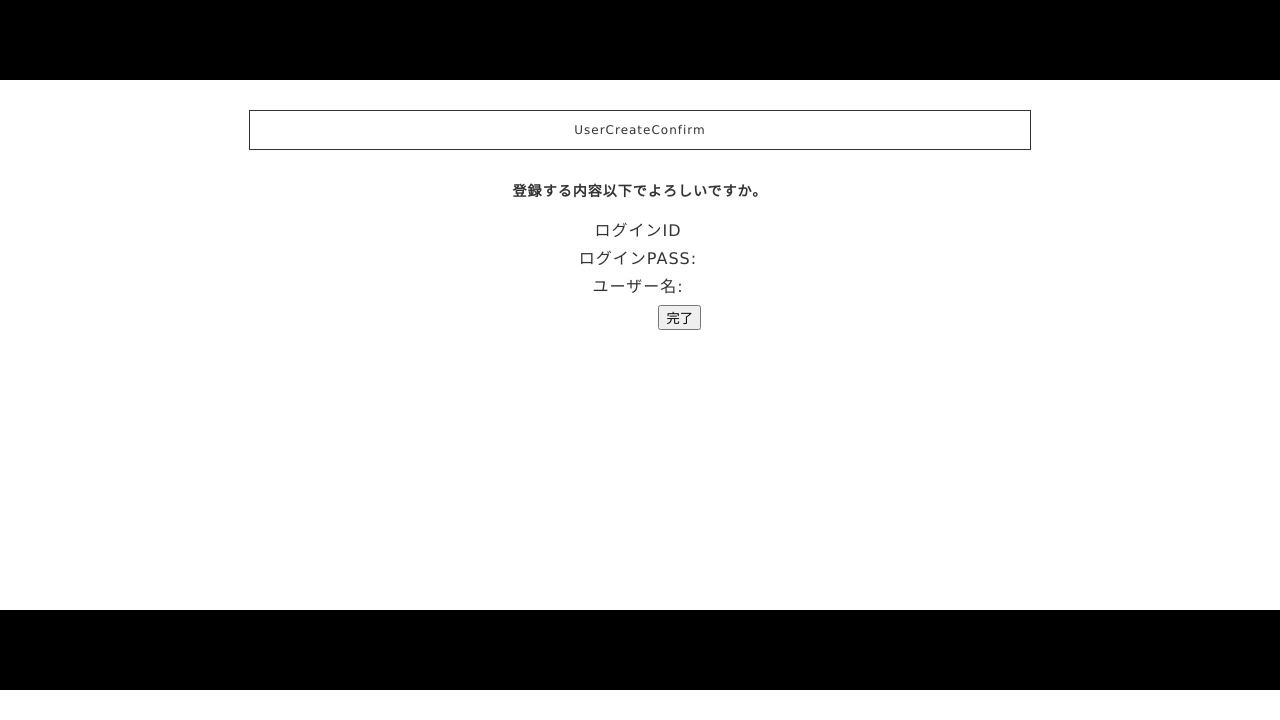
Repository: shimadaasato/test
Page: http://localhost/template/userCreateConfirm.jsp
These files come from the project's save history. The page is drawn as it stood at one moment and after the next save; the edit follows.
The browser window is 1280 px wide. The pictures show the whole page.
The page is served by Tomcat 9.

Above is the page before, as saved 2019-03-04 11:14:33.

After the next save:
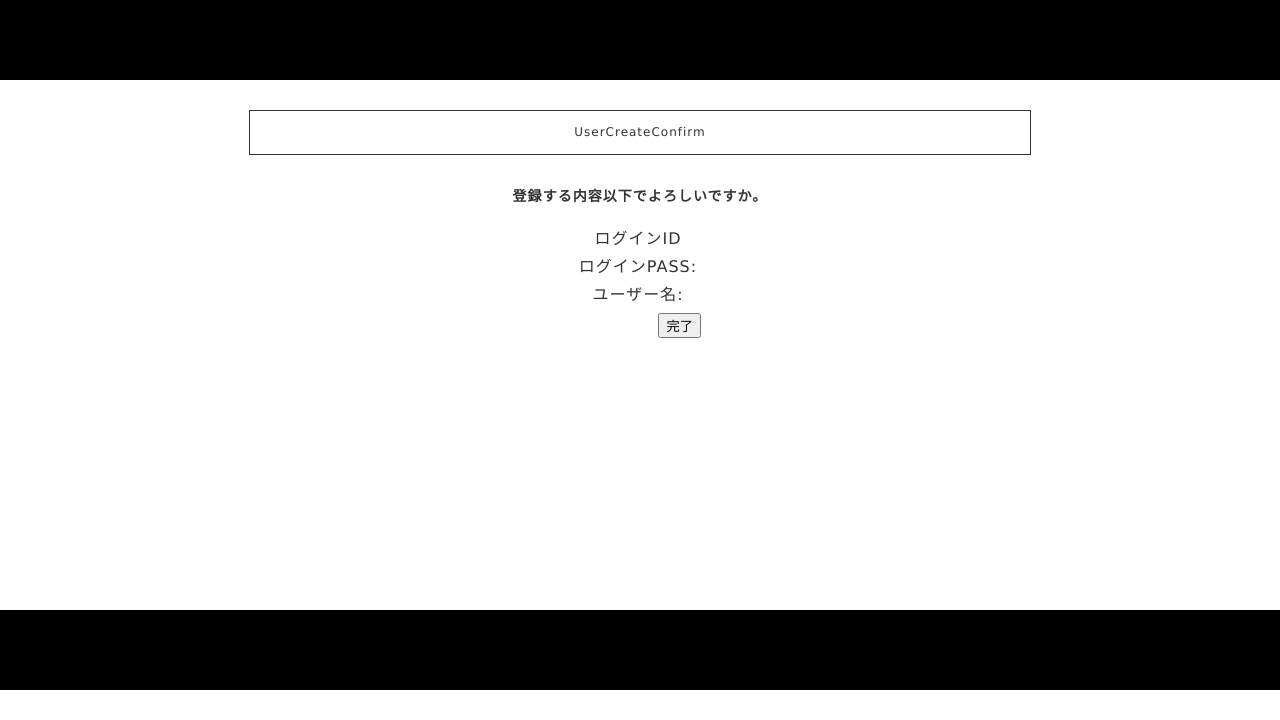
Saved 17 min 33 s later.
--- a/template/WebContent/userCreateConfirm.jsp
+++ b/template/WebContent/userCreateConfirm.jsp
@@ -21,7 +21,7 @@
 body{
 	margin: 0;
 	padding: 0;
-	line-height: 1,6;
+	line-height: 1.6;
 	letter-spacing: 1px;
 	font-family: Verdana,Helvetica,sans-serif;
 	font-size: 12px;
